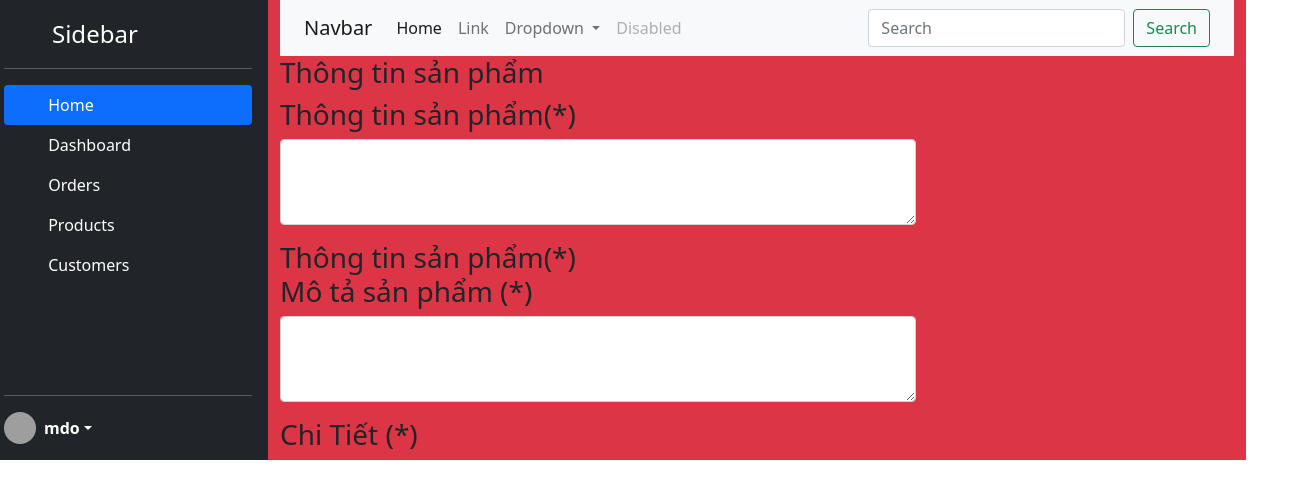
Repository: Lehuyhuynh/BT12-BOOTSTRAP
Page: index.html
An editor plug-in stored every save of this project. The page is shown before and after a run of saves, followed by the edit.
The browser window is 1280 px wide. The page is 1292 px wide, so the pictures cover 1292 px, including what lies to the right of the window. The pictures show the whole page.
Pictures or frames that could not be fetched are drawn as grey boxes.

Above is the page before, as saved 2023-08-19 22:18:30.

After the next 2 saves:
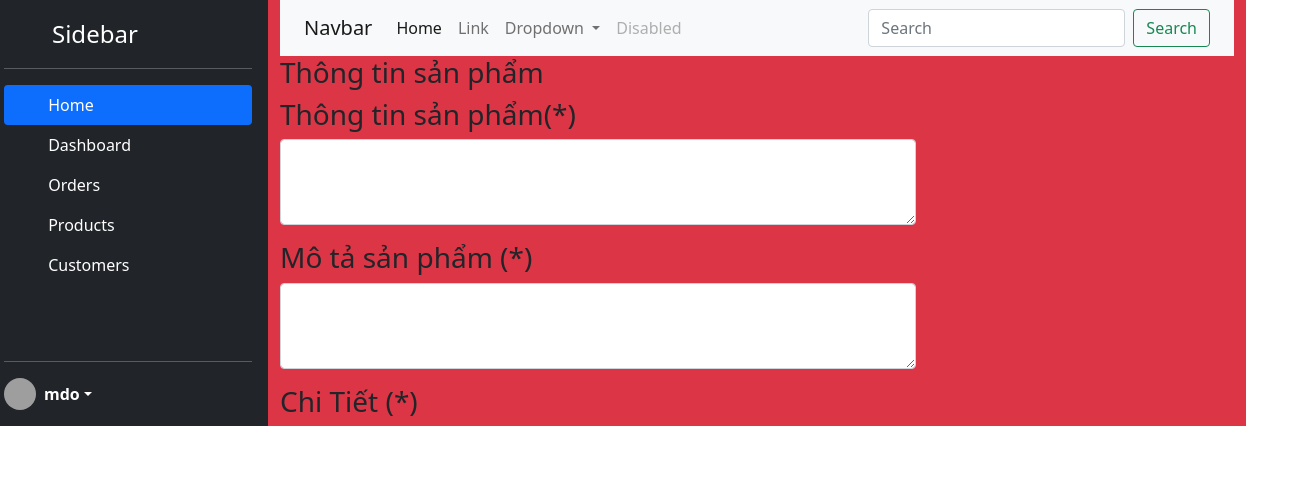
The 2 saves are shown as one change because they came seconds apart.
The last was saved 8 s later.
--- a/index.html
+++ b/index.html
@@ -111,8 +111,6 @@
                 <textarea class="form-control" id="exampleFormControlTextarea1" rows="3"></textarea>
               </div>
 
-              <span>Thông tin sản phẩm(*)</span><br>
-
               <div class="mb-3">
                 <label for="exampleFormControlTextarea1" class="form-label">Mô tả sản phẩm (*)</label>
                 <textarea class="form-control" id="exampleFormControlTextarea1" rows="3"></textarea>
